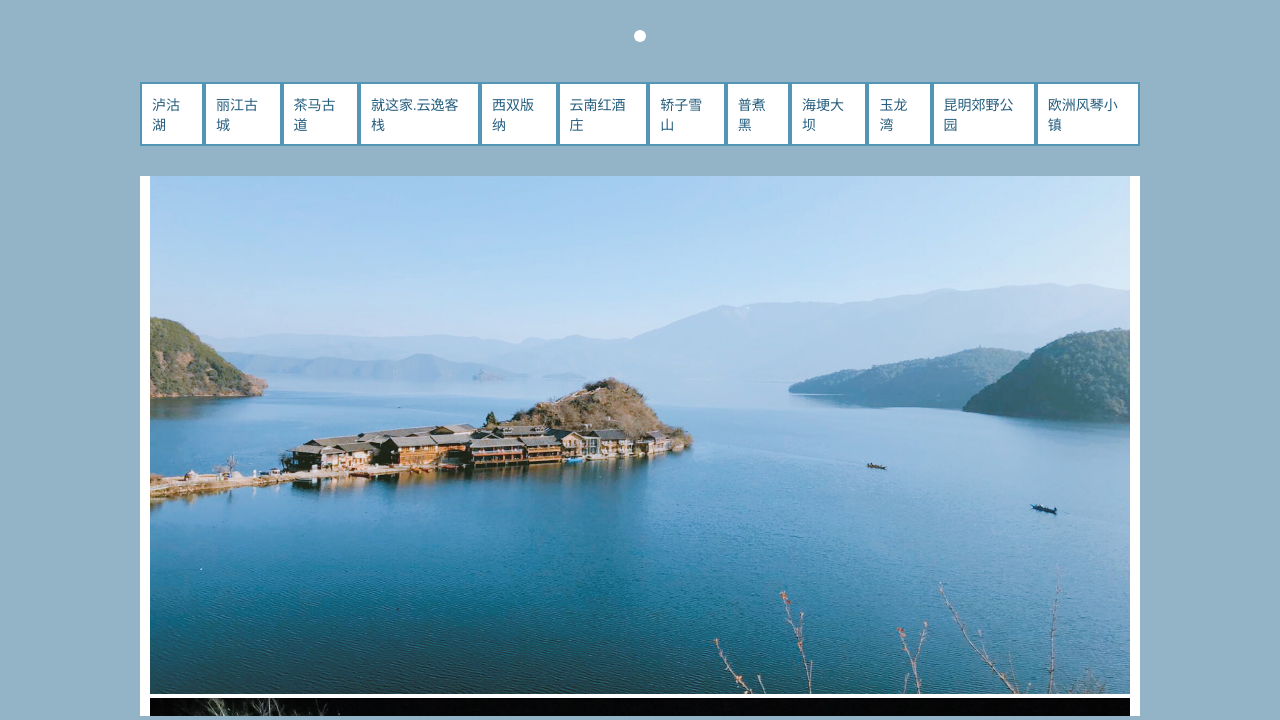
Repository: zhenzhen-gong/-jQuerydemo
Page: index.html
These files come from the project's save history. The page is drawn as it stood at one moment and after the next save; the edit follows.
The browser window is 1280 px wide. The pictures show the whole page.

Above is the page before, as saved 2020-06-05 11:44:37.

### index.html
<!DOCTYPE html>
<html lang="en">
<head>
    <meta charset="UTF-8" />
    <title>旅游图片集</title>
    <link rel="stylesheet" href="style.css">
    <script src="http://cdn.bootcss.com/jquery/1.12.4/jquery.js"></script>
    <script src="js.js"></script>
</head>
<body>
    <div class="circle"></div>
    <nav>
     <a href="#">泸沽湖</a>
     <a href="#">丽江古城</a>
     <a href="#">茶马古道</a>
     <a href="#">就这家.云逸客栈</a>
     <a href="#">西双版纳</a>
     <a href="#">云南红酒庄</a>
     <a href="#">轿子雪山</a>
     <a href="#">普煮黑</a>
     <a href="#">海埂大坝</a>
     <a href="#">玉龙湾</a>
     <a href="#">昆明郊野公园</a>
     <a href="#">欧洲风琴小镇</a>
    </nav>
    <div class="image">
      <img src="images/1.jpg" >
      <img src="images/2.jpg" >
      <img src="images/3.jpg" >
      <img src="images/4.jpg" >
      <img src="images/5.jpg" >
      <img src="images/6.jpg" >
      <img src="images/7.jpg" >
      <img src="images/8.jpg" >
      <img src="images/9.jpg" >
      <img src="images/10.jpg" >
      <img src="images/11.jpg" >
      <img src="images/12.jpg" >
    </div>
</body>
</html>

### style.css
*{
    padding: 0;
    margin: 0;
}
body{
    background-color: #93b3c6;
}
.circle{
    background-color: white;
    height: 12px;
    width: 12px;
    border-radius: 50%;
    margin: 30px auto 40px;
}
nav{
    width: 78.125vw;
    margin: 0 auto 30px;
    display: flex;
    justify-content: space-between;
    position: relative;
}
nav:before{
    /* display: block;  实现白条在下的代码，这里用z-index替换 */
    content: "";
    height: 10px;
    width: 100%;
    background-color: white;
    position: absolute;
    top: 50%;
    margin-top: -5px;
}
nav a{
    /* position: relative; 实现白条在下的代码，这里用z-index替换*/
    text-decoration: none;
    background-color: white;
    color: #255d7e;
    border: 2px solid #5395b4;
    padding: 10px;
    font-size: 14px;
    z-index: 1;
}
.image{
    width: 78.125vw;
    height: 75vh;
    margin: 0 auto;
    overflow: hidden;/* 内容不得超出元素范围*/
    background-color: white;
    text-align: center;
    justify-content: center;

}
.image img{
    width: 98%;
    height: 96%;
}

Loaded but not shown: js.js (no stored copy; drawn as an empty file)

After the next save:
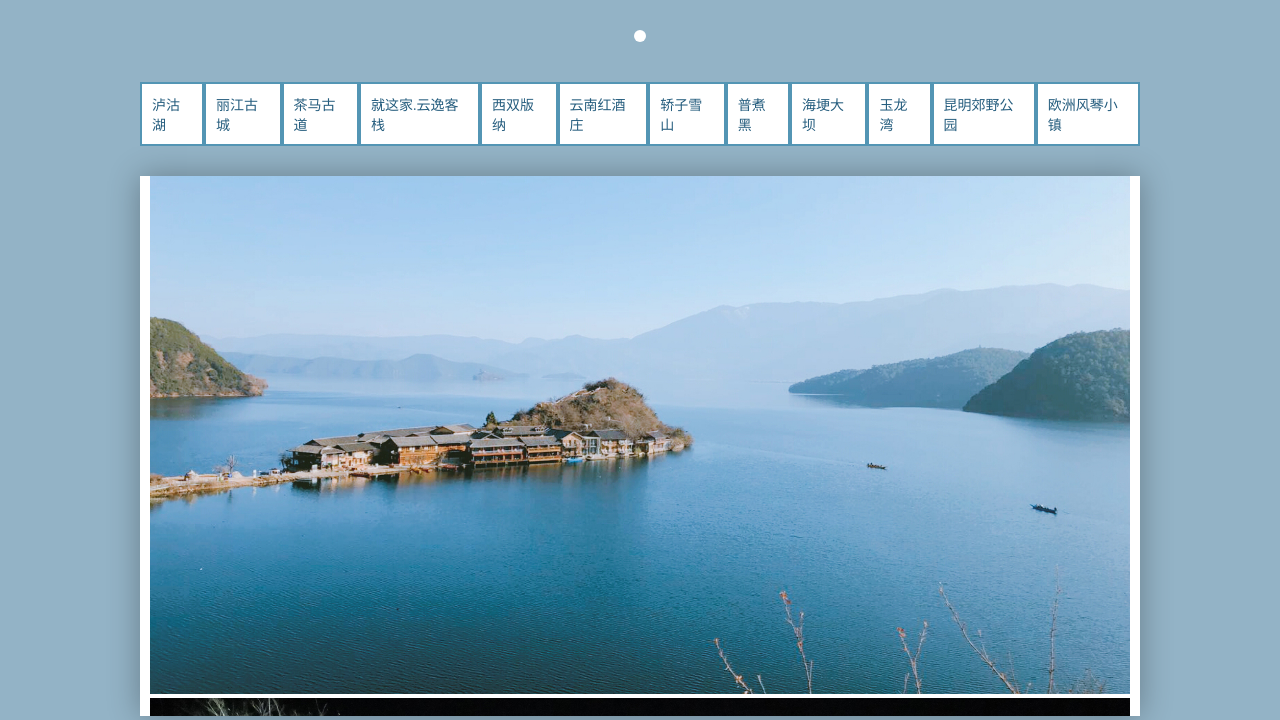
Saved 60 s later.
--- a/style.css
+++ b/style.css
@@ -45,8 +45,8 @@ nav a{
     margin: 0 auto;
     overflow: hidden;/* 内容不得超出元素范围*/
     background-color: white;
+    box-shadow: 0 0 30px 0 rgba(8, 1, 3, .3);
     text-align: center;
-    justify-content: center;
 
 }
 .image img{
